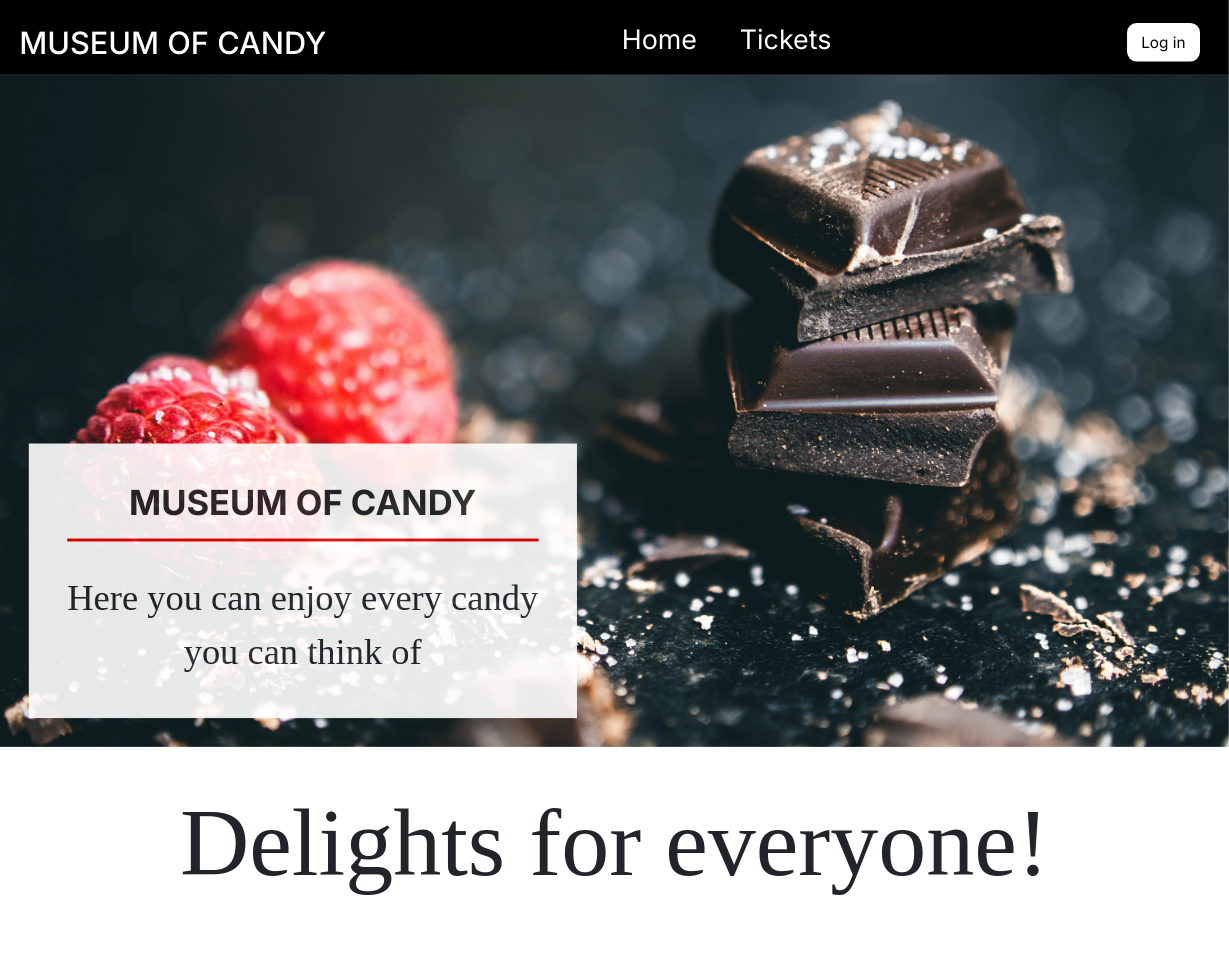
Repository: m-koparanova/MuseumOfCandy
Page: index.html
The author's editor kept a copy of each file at every save. The page is drawn from the files as they stood at one save, then again after the next save.
The browser window is 1280 px wide. The pictures show the part of the page from y = 0 to 999 px (the page is 1376 px tall before and 1333 px after), at 96% of full size.
Pictures or frames that could not be fetched are drawn as grey boxes. Some web fonts or font styles are not loaded; a fallback is used.

Above is the page before, as saved 2023-03-05 20:58:41.

### index.html
<!DOCTYPE html>
<html lang="en">
<head>
    <meta charset="UTF-8">
    <meta http-equiv="X-UA-Compatible" content="IE=edge">
    <meta name="viewport" content="width=device-width, initial-scale=1.0">
    <title>Document</title>
    <link rel="stylesheet" href="https://cdn.jsdelivr.net/npm/bootstrap@4.6.2/dist/css/bootstrap.min.css" integrity="sha384-xOolHFLEh07PJGoPkLv1IbcEPTNtaed2xpHsD9ESMhqIYd0nLMwNLD69Npy4HI+N" crossorigin="anonymous">

    <link rel="stylesheet" href="style.css">

</head>
<body>
    <nav class="nav-bar">
        <div class="top-nav">
            <h2 class="logo">MUSEUM OF CANDY</h2>
            <ul>
                <li class="nav"><a href="#">Home</a></li>
                <li class="nav"><a href="#">Tickets</a></li>
            </ul>
            <button class="button">Log in</button>
        </div>

    </nav>

    <tbody>
        <div class="image-container">
            <img src="pics\pexels-lisa-fotios-918327.jpg" alt="" class="image">
            <div class="text-container">
                <h3>MUSEUM OF CANDY</h3>
                <hr>
                <p>Here you can enjoy every candy<br>you can think of</p>
            </div>
        </div>

        <div>
            <h2 class="delights-text" id="delights-text">Delights for everyone!</h2>
        </div>

        <div class="gallery">
            <div class="candy-image">
                <img src="C:\Users\Magda\Desktop\code\pics\pexels-photo-2638026.webp" width="280" height="355" alt="">
            </div>

            <div class="candy-image">
                <img src="C:\Users\Magda\Desktop\code\pics\pexels-photo-1775285.webp" width="280" height="355" alt="">
            </div>

            <div class="candy-image">
                <img src="C:\Users\Magda\Desktop\code\pics\resized-cookie.jpg" width="280" height="355" alt="">
            </div>

        </div>
    </tbody>


    <script src="https://cdn.jsdelivr.net/npm/jquery@3.5.1/dist/jquery.slim.min.js" integrity="sha384-DfXdz2htPH0lsSSs5nCTpuj/zy4C+OGpamoFVy38MVBnE+IbbVYUew+OrCXaRkfj" crossorigin="anonymous"></script>
    <script src="https://cdn.jsdelivr.net/npm/bootstrap@4.6.2/dist/js/bootstrap.bundle.min.js" integrity="sha384-Fy6S3B9q64WdZWQUiU+q4/2Lc9npb8tCaSX9FK7E8HnRr0Jz8D6OP9dO5Vg3Q9ct" crossorigin="anonymous"></script>

</body>
</html>

### style.css
@import url('https://fonts.googleapis.com/css2?family=Inter:wght@100;200;300;400;500;600;700;800;900&display=swap');
@import url('https://fonts.googleapis.com/css2?family=Italianno&display=swap');


*{
    margin: 0;
    padding: 0;
}

.nav-bar{
    background: black;
}

.logo {
    font-family: 'Inter', sans-serif, bold;
    color: white;
}

.top-nav{
    display: flex;
    align-items: center;
    justify-content: space-between;
    padding-top: 20px;
    padding-left: 20px;

}

.top-nav ul li{
    display: inline-block;
    list-style-type: none;
    padding-left: 20px;
    padding-right: 20px;
    font-family: 'Inter', sans-serif;
    font-size: 28px;
}

.top-nav ul li a{
    text-decoration: none;
    color: white;
}

.top-nav ul li a:hover{
    color: rgb(215, 5, 5);
    transition: .3s;
}

.button{
    border: none;
    background: white;
    border-radius: 10px;
    padding: 8px 15px 8px 15px;
    margin-right: 30px;
    margin-bottom: 10px;
    font-family: 'Inter', sans-serif;
    text-align: center;
}

.button:hover{
    background: rgb(215, 5, 5);
    color: white;
}

.image-container {
    position: relative;
    text-align: center;
}

.image{
    object-fit: cover;
    width: 100%;
    height: 700px;
}

.text-container{
    position: absolute;
    bottom: 30px;
    left: 30px;
    background: white;
    opacity: 90%;
    padding: 40px 40px 40px 40px ;
}

.image-container div hr{
    border-width: 3px;
    opacity: 100%;
    background: red;
}
.image-container div h3{
    font-family: "Inter", sans-serif;
    font-size: 36px;
    font-weight: 700;
}

.image-container div p{
    font-family: 'Italianno', cursive;
    font-size: 38px;
    margin-top: 30px;
    margin-bottom: 0px;
}

.delights-text{
    font-family: 'Italianno', cursive;
    text-align: center;
    margin: 40px 0px 40px 0px;
    font-size: 100px;
}

.gallery{
    display: flex;
    justify-content: center;

}

.candy-image{
    width: 30%;
    margin: calc(10%/6);
}

After the next save:
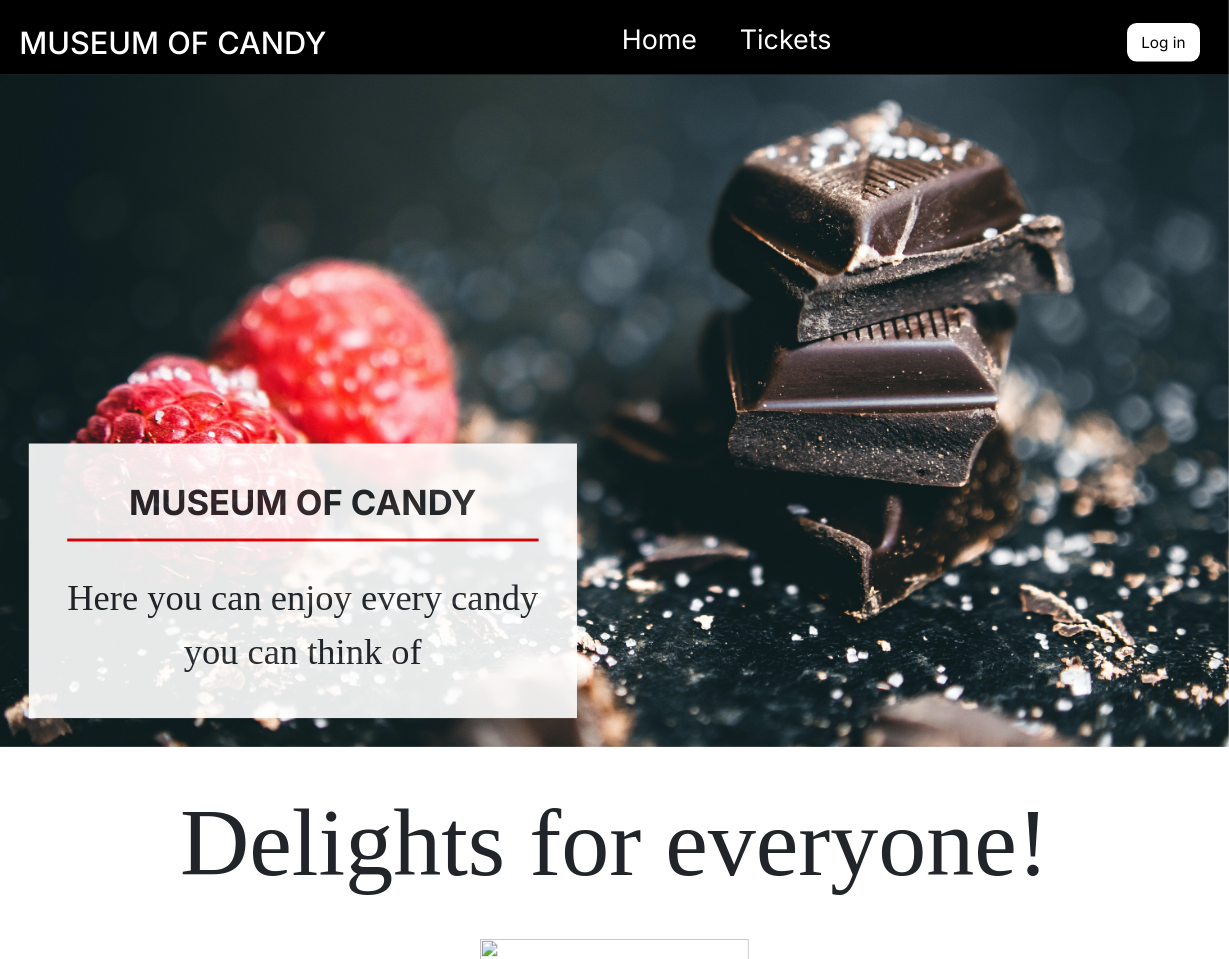
Saved 2 min 40 s later.
--- a/index.html
+++ b/index.html
@@ -38,18 +38,9 @@
         </div>
 
         <div class="gallery">
-            <div class="candy-image">
-                <img src="C:\Users\Magda\Desktop\code\pics\pexels-photo-2638026.webp" width="280" height="355" alt="">
-            </div>
-
-            <div class="candy-image">
-                <img src="C:\Users\Magda\Desktop\code\pics\pexels-photo-1775285.webp" width="280" height="355" alt="">
-            </div>
-
-            <div class="candy-image">
-                <img src="C:\Users\Magda\Desktop\code\pics\resized-cookie.jpg" width="280" height="355" alt="">
-            </div>
-
+            <img src="" alt="" width="280" height="355">
+            <img src="" alt="">
+            <img src="" alt="">
         </div>
     </tbody>
 
